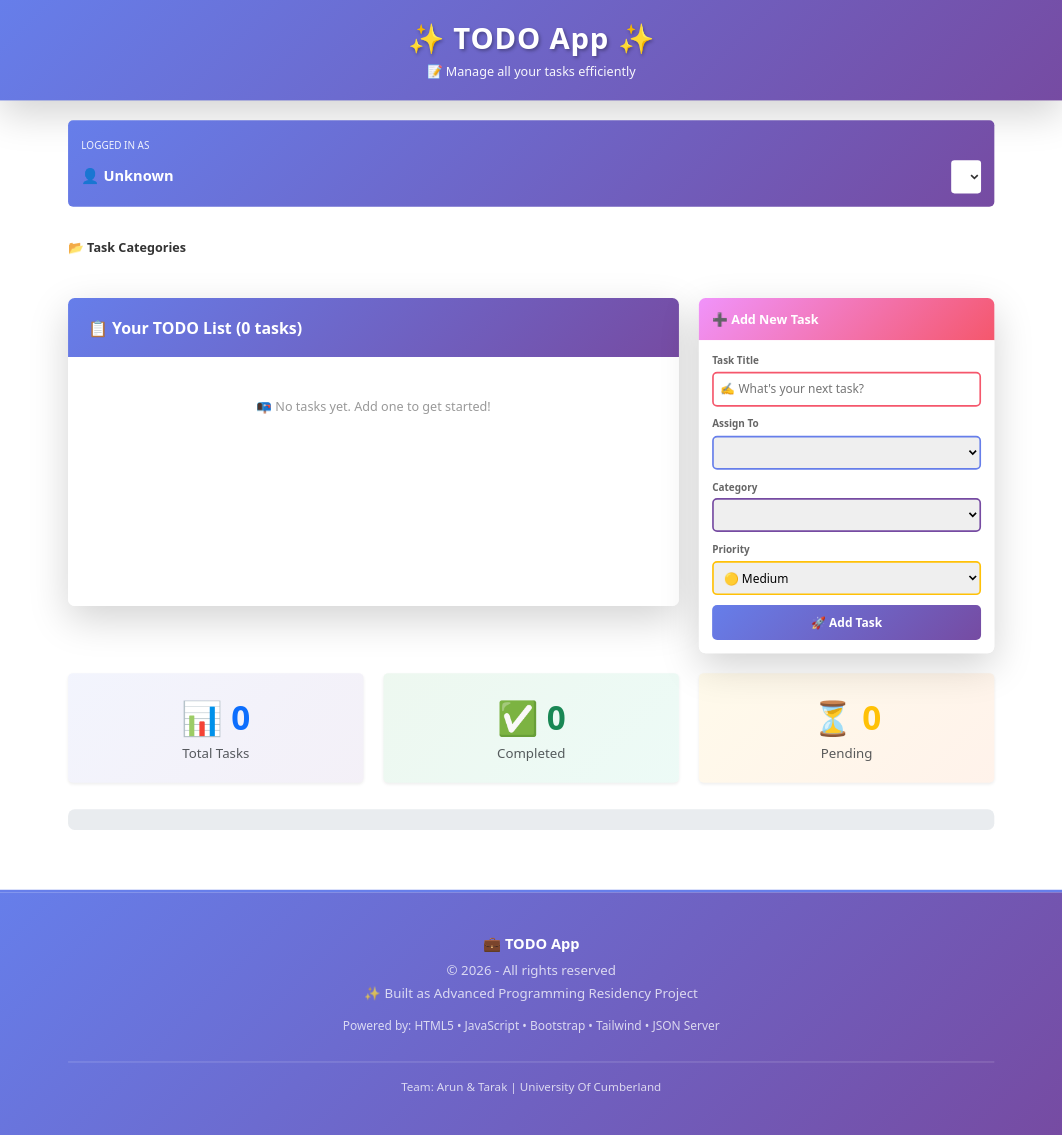
Repository: arunkr12/Master-In-Computer-Science
Page: Advanced Programming Language/Residency Project Team One Arun Javascript Version/TODO/index.html
The author's editor kept a copy of each file at every save. The page is drawn from the files as they stood at one save, then again after the next save.
The browser window is 1280 px wide. The pictures show the whole page, at 83% of full size.
The page's requests for data from a server got no answer. Some web libraries are served in a nearby version.

Above is the page before, as saved 2026-02-20 19:14:40.

### Advanced Programming Language/Residency Project Team One Arun Javascript Version/TODO/index.html
<!doctype html>
<html lang="en">
  <head>
    <meta charset="UTF-8" />
    <meta name="viewport" content="width=device-width, initial-scale=1.0" />
    <title>TODO App</title>
    <link
      href="https://cdn.jsdelivr.net/npm/bootstrap@5.3.8/dist/css/bootstrap.min.css"
      rel="stylesheet"
    />
    <link href="https://cdn.tailwindcss.com" rel="stylesheet" />
    <style>
      body {
        display: flex;
        flex-direction: column;
        min-height: 100vh;
      }
      main {
        flex: 1;
      }
      footer {
        background-color: #f8f9fa;
        border-top: 1px solid #dee2e6;
      }
    </style>
  </head>
  <body>
    <div id="app"></div>

    <script src="https://cdn.jsdelivr.net/npm/bootstrap@5.3.8/dist/js/bootstrap.bundle.min.js"></script>
    <script type="module" src="app.js"></script>
  </body>
</html>

### Advanced Programming Language/Residency Project Team One Arun Javascript Version/TODO/ToDoContainer/ToDoContainer.js
import Header from "../Header/Header.js";
import Footer from "../Footer/Footer.js";
import ToDoList from "../ToDoList/ToDoList.js";
import AddTodo from "../AddTodo/AddTodo.js";
import Stats from "../Stats/Stats.js";
import User from "../User/User.js";
import Category from "../Category/Category.js";
import TodoService from "../Services/TodoService.js";
import ConcurrencyManager from "../Services/ConcurrencyManager.js";
import RefreshManager from "../Services/RefreshManager.js";

class ToDoContainer {
  constructor() {
    this.header = new Header("TODO App", "Manage all your tasks efficiently");
    this.footer = new Footer(2026, "TODO App");
    this.todoList = new ToDoList();
    this.addTodo = new AddTodo();
    this.stats = new Stats();
    this.user = new User();
    this.category = new Category();
    this.todoService = new TodoService();

    // Concurrency management
    this.concurrencyManager = new ConcurrencyManager();
    this.refreshManager = new RefreshManager(this.todoService, 5000); // Refresh every 5 seconds

    this.todos = [];
    this.users = [];
    this.categories = [];
    this.currentUserId = 1;
    this.remoteUpdateNotifications = [];
  }

  async initialize() {
    this.users = await this.todoService.getUsers();
    this.categories = await this.todoService.getCategories();
    this.todos = await this.todoService.getTodos();

    // Cache versions for concurrency detection
    this.todos.forEach((todo) => {
      this.concurrencyManager.cacheVersion(todo.id, todo.version);
    });

    this.user.setUsers(this.users);
    this.user.setCurrentUser(this.currentUserId);
    this.category.setCategories(this.categories);

    // Set up conflict listeners
    this.concurrencyManager.onConflict((conflictInfo) => {
      console.warn("⚠️ Conflict detected:", conflictInfo);
      this.remoteUpdateNotifications.push(conflictInfo);
    });

    // Set up refresh listeners for auto-sync
    this.refreshManager.onUpdate((changes) => {
      console.log("🔄 Remote updates detected, refreshing UI...", changes);
      changes.forEach((change) => {
        this.remoteUpdateNotifications.push({
          type: change.type,
          message: change.description,
          todo: change.todo,
        });
      });
      // Auto-refresh todo list
      this.refreshLocalTodos();
    });

    // Start auto-refresh for concurrent access
    this.refreshManager.startAutoRefresh();

    this.updateComponents();
  }

  /**
   * Refresh local todos from server (for concurrent sync)
   */
  async refreshLocalTodos() {
    try {
      this.todos = await this.todoService.getTodos();
      this.todos.forEach((todo) => {
        this.concurrencyManager.cacheVersion(todo.id, todo.version);
      });
      this.updateComponents();
    } catch (error) {
      console.error("Error refreshing todos:", error);
    }
  }

  setCurrentUser(userId) {
    this.currentUserId = userId;
    this.user.setCurrentUser(userId);
    this.updateComponents();
  }

  updateComponents() {
    // Filter todos for current user
    const userTodos = this.todos.filter(
      (t) => t.assignedTo === this.currentUserId,
    );

    this.todoList.setTodos(userTodos);
    this.todoList.setUsers(this.users);
    this.todoList.setCategories(this.categories);

    this.stats.setTodos(userTodos);

    this.addTodo.setUsers(this.users);
    this.addTodo.setCategories(this.categories);
  }

  async addTodoItem(todoData) {
    if (todoData.text.trim()) {
      const newTodo = await this.todoService.addTodo({
        text: todoData.text,
        createdBy: this.currentUserId,
        assignedTo: todoData.assignedTo || this.currentUserId,
        categoryId: todoData.categoryId,
        dueDate: todoData.dueDate,
        priority: todoData.priority,
      });
      if (newTodo) {
        this.todos.push(newTodo);
        this.updateComponents();
        return newTodo;
      }
    }
    return null;
  }

  async editTodoItem(id, newText) {
    if (newText.trim()) {
      // Get current version for conflict detection
      const cachedVersion = this.concurrencyManager.getCachedVersion(id);

      const result = await this.todoService.updateTodo(
        id,
        {
          text: newText.trim(),
        },
        this.currentUserId,
      );

      if (result.success) {
        // Update cache and local state
        this.concurrencyManager.cacheVersion(id, result.todo.version);
        this.concurrencyManager.logChange(
          id,
          "UPDATE",
          this.currentUserId,
          null,
          result.todo,
        );

        const todo = this.todos.find((t) => t.id === id);
        if (todo) {
          todo.text = newText.trim();
          todo.version = result.todo.version;
          todo.lastModifiedAt = result.todo.lastModifiedAt;
          todo.lastModifiedBy = result.todo.lastModifiedBy;
          this.updateComponents();
        }
        return result.todo;
      } else if (result.conflict) {
        // Handle version conflict
        const conflictInfo = {
          message: `Conflict! This task was modified by another user.`,
          todo: result.serverTodo,
          suggestRefresh: true,
        };
        this.concurrencyManager.notifyConflict(conflictInfo);
        alert(
          `⚠️ Conflict: This task was recently modified. Please refresh to see the latest version.`,
        );
        await this.refreshLocalTodos();
        return null;
      }
    }
    return null;
  }

  async toggleTodoItem(id) {
    const todo = this.todos.find((t) => t.id === id);
    if (todo) {
      // Get current version for conflict detection
      const cachedVersion = this.concurrencyManager.getCachedVersion(id);

      const result = await this.todoService.updateTodo(
        id,
        {
          completed: !todo.completed,
        },
        this.currentUserId,
      );

      if (result.success) {
        // Update cache and local state
        this.concurrencyManager.cacheVersion(id, result.todo.version);
        this.concurrencyManager.logChange(
          id,
          "UPDATE",
          this.currentUserId,
          { completed: todo.completed },
          { completed: result.todo.completed },
        );

        todo.completed = result.todo.completed;
        todo.version = result.todo.version;
        todo.lastModifiedAt = result.todo.lastModifiedAt;
        todo.lastModifiedBy = result.todo.lastModifiedBy;
        this.updateComponents();
        return result.todo;
      } else if (result.conflict) {
        // Handle version conflict
        const conflictInfo = {
          message: `Conflict! This task was modified by another user.`,
          todo: result.serverTodo,
          suggestRefresh: true,
        };
        this.concurrencyManager.notifyConflict(conflictInfo);
        alert(`⚠️ Conflict: This task was recently modified. Refreshing...`);
        await this.refreshLocalTodos();
        return null;
      }
    }
    return null;
  }

  async deleteTodoItem(id) {
    const todo = this.todos.find((t) => t.id === id);
    if (!todo) return false;

    try {
      const success = await this.todoService.deleteTodo(id);
      if (success) {
        // Log deletion in audit trail
        this.concurrencyManager.logChange(
          id,
          "DELETE",
          this.currentUserId,
          todo,
          null,
        );

        this.todos = this.todos.filter((t) => t.id !== id);
        this.updateComponents();
        return true;
      }
    } catch (error) {
      console.error("Error deleting todo:", error);
      alert(
        `⚠️ Failed to delete task. It may have been modified or deleted by another user.`,
      );
      await this.refreshLocalTodos();
      return false;
    }
    return false;
  }

  render() {
    const header = this.header.render();
    const mainContent = this.renderMain();
    const footer = this.footer.render();

    return `
            ${header}
            ${mainContent}
            ${footer}
        `;
  }

  renderMain() {
    const userHtml = this.user.render();
    const todoListHtml = this.todoList.render();
    const categoryHtml = this.category.render();
    const addTodoHtml = this.addTodo.render();
    const statsHtml = this.stats.render();

    return `
            <main class="py-4">
                <div class="container">
                    <div class="row mb-4">
                        <div class="col-12">
                            ${userHtml}
                        </div>
                    </div>
                    <div class="row mb-4">
                        <div class="col-12">
                            ${categoryHtml}
                        </div>
                    </div>
                    <div class="row mb-4">
                        <div class="col-md-8">
                            ${todoListHtml}
                        </div>
                        <div class="col-md-4">
                            ${addTodoHtml}
                        </div>
                    </div>
                    ${statsHtml}
                </div>
            </main>
        `;
  }

  getTodos() {
    return this.todos;
  }
}

export default ToDoContainer;

### Advanced Programming Language/Residency Project Team One Arun Javascript Version/TODO/Header/Header.js
class Header {
  constructor(
    title = "TODO App",
    subtitle = "Manage all your tasks efficiently",
  ) {
    this.title = title;
    this.subtitle = subtitle;
  }

  render() {
    return `
      <header class="bg-gradient-primary text-white py-4 shadow-lg" style="background: linear-gradient(135deg, #667eea 0%, #764ba2 100%);">
        <div class="container">
          <div class="text-center">
            <h1 class="m-0 fw-bold" style="text-shadow: 2px 2px 4px rgba(0,0,0,0.3); letter-spacing: 1px; font-size: 2.2rem;">
              ✨ ${this.title} ✨
            </h1>
            <p class="m-0 mt-2 text-white" style="font-size: 0.95rem; opacity: 0.95;">
              📝 ${this.subtitle}
            </p>
          </div>
        </div>
      </header>
    `;
  }
}

export default Header;

### Advanced Programming Language/Residency Project Team One Arun Javascript Version/TODO/Footer/Footer.js
class Footer {
  constructor(year = 2026, projectName = "TODO App") {
    this.year = year;
    this.projectName = projectName;
  }

  render() {
    return `
      <footer class="py-5 mt-5" style="background: linear-gradient(135deg, #667eea 0%, #764ba2 100%); color: white; border-top: 3px solid #667eea;">
        <div class="container">
          <div class="row text-center">
            <div class="col-md-12">
              <p class="mb-2 fw-bold" style="font-size: 1.1rem;">💼 ${this.projectName}</p>
              <p class="mb-1 opacity-75">&copy; ${this.year} - All rights reserved</p>
              <p class="mb-0 opacity-75">✨ Built as Advanced Programming Residency Project</p>
              <p class="mt-3 opacity-75" style="font-size: 0.9rem;">
                Powered by: HTML5 • JavaScript • Bootstrap • Tailwind • JSON Server
              </p>
            </div>
          </div>
          <hr class="my-3 opacity-25">
          <div class="text-center opacity-75">
            <small>Team: Arun & Tarak | University Of Cumberland</small>
          </div>
        </div>
      </footer>
    `;
  }
}

export default Footer;

### Advanced Programming Language/Residency Project Team One Arun Javascript Version/TODO/Stats/Stats.js
class Stats {
  constructor(todos = []) {
    this.todos = todos;
  }

  setTodos(todos) {
    this.todos = todos;
  }

  getTotalTasks() {
    return this.todos.length;
  }

  getCompletedTasks() {
    return this.todos.filter((t) => t.completed).length;
  }

  getPendingTasks() {
    return this.getTotalTasks() - this.getCompletedTasks();
  }

  render() {
    const total = this.getTotalTasks();
    const completed = this.getCompletedTasks();
    const pending = this.getPendingTasks();
    const percentage = total > 0 ? Math.round((completed / total) * 100) : 0;

    return `
      <div class="row mt-4">
        <div class="col-md-4 mb-3">
          <div class="card shadow-sm border-0 text-center p-4" style="background: linear-gradient(135deg, #667eea15 0%, #764ba215 100%); border-left: 4px solid #667eea;">
            <div class="text-primary fw-bold" style="font-size: 2.5rem;">📊 ${total}</div>
            <div class="text-muted fw-500">Total Tasks</div>
          </div>
        </div>
        <div class="col-md-4 mb-3">
          <div class="card shadow-sm border-0 text-center p-4" style="background: linear-gradient(135deg, #28a74515 0%, #20c99715 100%); border-left: 4px solid #28a745;">
            <div class="text-success fw-bold" style="font-size: 2.5rem;">✅ ${completed}</div>
            <div class="text-muted fw-500">Completed</div>
          </div>
        </div>
        <div class="col-md-4 mb-3">
          <div class="card shadow-sm border-0 text-center p-4" style="background: linear-gradient(135deg, #ffc10715 0%, #ff650715 100%); border-left: 4px solid #ff6b6b;">
            <div class="text-warning fw-bold" style="font-size: 2.5rem;">⏳ ${pending}</div>
            <div class="text-muted fw-500">Pending</div>
          </div>
        </div>
      </div>
      <div class="progress mt-3" style="height: 25px; border-radius: 8px;">
        <div class="progress-bar bg-success fw-bold" role="progressbar"
             style="width: ${percentage}%; border-radius: 8px;"
             aria-valuenow="${percentage}" aria-valuemin="0" aria-valuemax="100">
          ${percentage}% Complete
        </div>
      </div>
    `;
  }
}

export default Stats;

### Advanced Programming Language/Residency Project Team One Arun Javascript Version/TODO/User/User.js
class User {
  constructor(users = [], currentUserId = 1) {
    this.users = users;
    this.currentUserId = currentUserId;
  }

  setUsers(users) {
    this.users = users;
  }

  setCurrentUser(userId) {
    this.currentUserId = userId;
  }

  getCurrentUser() {
    return this.users.find((u) => u.id === this.currentUserId);
  }

  render() {
    const currentUser = this.getCurrentUser();

    return `
      <div style="background: linear-gradient(135deg, #667eea 0%, #764ba2 100%); padding: 1rem; border-radius: 6px; margin-bottom: 1rem;">
        <div style="color: white;">
          <small style="font-size: 0.75rem; opacity: 0.9;">LOGGED IN AS</small>
          <div style="display: flex; justify-content: space-between; align-items: center; margin-top: 0.5rem;">
            <div>
              <strong style="font-size: 1.1rem;">👤 ${currentUser ? currentUser.name : "Unknown"}</strong>
              <p style="font-size: 0.85rem; margin: 0.25rem 0; opacity: 0.9;">${currentUser ? currentUser.email : ""}</p>
            </div>
            <select class="user-selector" style="padding: 0.5rem; border-radius: 4px; border: none; background: white; color: #333; font-weight: bold; cursor: pointer;">
              ${this.users
                .map(
                  (user) => `
                <option value="${user.id}" ${user.id === this.currentUserId ? "selected" : ""}>
                  ${user.name}
                </option>
              `,
                )
                .join("")}
            </select>
          </div>
        </div>
      </div>
    `;
  }
}

export default User;

### Advanced Programming Language/Residency Project Team One Arun Javascript Version/TODO/Category/Category.js
class Category {
  constructor(categories = []) {
    this.categories = categories;
  }

  setCategories(categories) {
    this.categories = categories;
  }

  getCategoryById(id) {
    return this.categories.find((c) => c.id === id);
  }

  getCategoryColor(categoryId) {
    const category = this.getCategoryById(categoryId);
    return category ? category.color : "#999";
  }

  render() {
    return `
      <div style="margin-bottom: 1rem;">
        <h6 style="color: #333; font-weight: bold; margin-bottom: 0.75rem; font-size: 0.95rem;">📂 Task Categories</h6>
        <div style="display: flex; gap: 0.5rem; flex-wrap: wrap;">
          ${this.categories
            .map(
              (cat) => `
            <span style="background: ${cat.color}; color: white; padding: 0.4rem 0.8rem; border-radius: 20px; font-size: 0.8rem; font-weight: bold; display: inline-flex; align-items: center; gap: 0.3rem;">
              ${cat.name}
            </span>
          `,
            )
            .join("")}
        </div>
      </div>
    `;
  }
}

export default Category;

Loaded but not shown: Advanced Programming Language/Residency Project Team One Arun Javascript Version/TODO/Services/TodoService.js (188 lines, source omitted); Advanced Programming Language/Residency Project Team One Arun Javascript Version/TODO/Services/RefreshManager.js (200 lines, source omitted); Advanced Programming Language/Residency Project Team One Arun Javascript Version/TODO/ToDoList/ToDoList.js (106 lines, source omitted); Advanced Programming Language/Residency Project Team One Arun Javascript Version/TODO/Services/ConcurrencyManager.js (166 lines, source omitted); Advanced Programming Language/Residency Project Team One Arun Javascript Version/TODO/app.js (116 lines, source omitted); Advanced Programming Language/Residency Project Team One Arun Javascript Version/TODO/AddTodo/AddTodo.js (78 lines, source omitted)

After the next save:
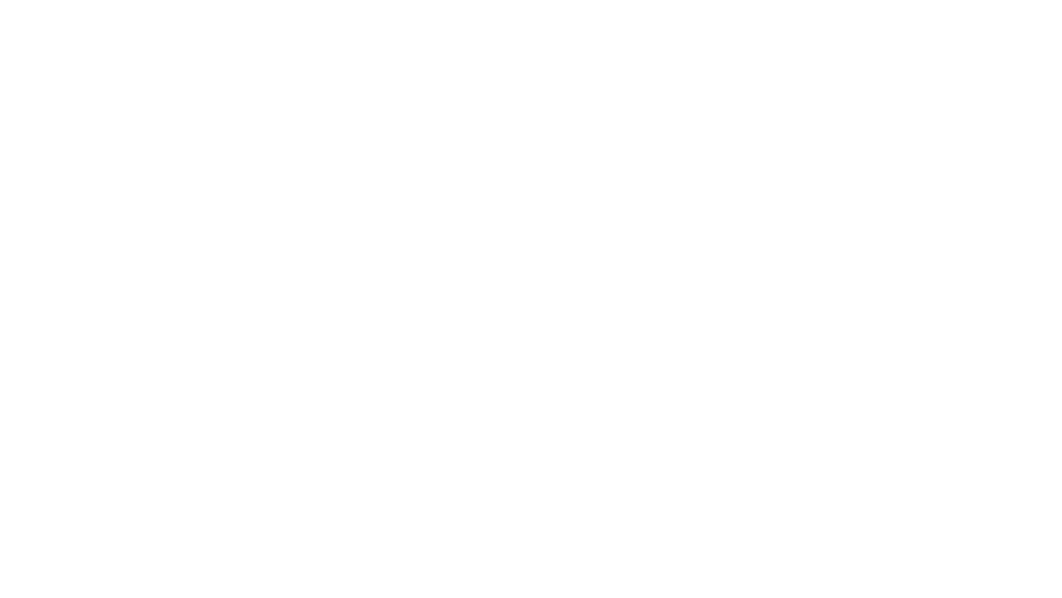
Console error: SyntaxError: Unexpected identifier 'This'
Saved 13 h 20 min later.
--- a/Advanced Programming Language/Residency Project Team One Arun Javascript Version/TODO/ToDoContainer/ToDoContainer.js
+++ b/Advanced Programming Language/Residency Project Team One Arun Javascript Version/TODO/ToDoContainer/ToDoContainer.js
@@ -293,7 +293,7 @@
                             ${todoListHtml}
                         </div>
                         <div class="col-md-4">
-                            ${addTodoHtml}
+                           `This is add` ${addTodoHtml}
                         </div>
                     </div>
                     ${statsHtml}

After the 3 saves that followed:
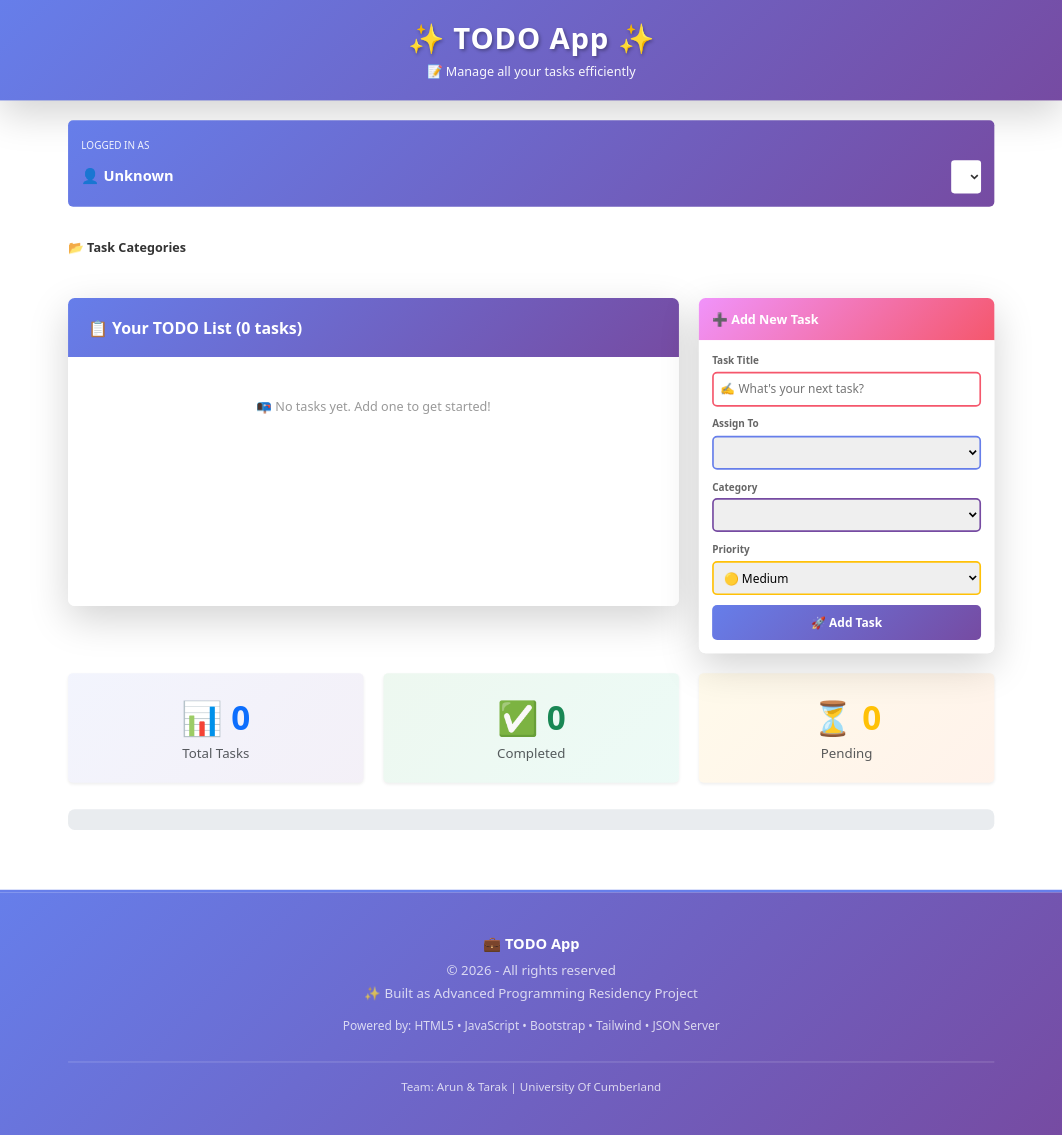
The error is gone.
The 3 saves are shown as one change because 2 left the picture as it was.
The last was saved 33 s later.
--- a/Advanced Programming Language/Residency Project Team One Arun Javascript Version/TODO/ToDoContainer/ToDoContainer.js
+++ b/Advanced Programming Language/Residency Project Team One Arun Javascript Version/TODO/ToDoContainer/ToDoContainer.js
@@ -293,7 +293,7 @@
                             ${todoListHtml}
                         </div>
                         <div class="col-md-4">
-                           `This is add` ${addTodoHtml}
+                            ${addTodoHtml}
                         </div>
                     </div>
                     ${statsHtml}
